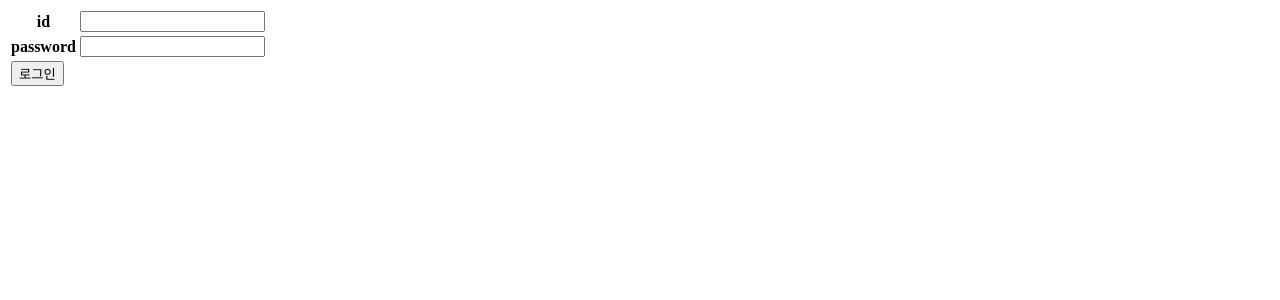
Repository: SimpleRan/jsp_paractice2
Page: http://localhost/JSPBasic/jspobject/cookie/cookie_login.jsp
The author's editor kept a copy of each file at every save. The page is drawn from the files as they stood at one save, then again after the next save.
The browser window is 1280 px wide. The pictures show the whole page.
The page is served by Tomcat 9.

Above is the page before, as saved 2022-03-28 12:01:07.

After the next save:
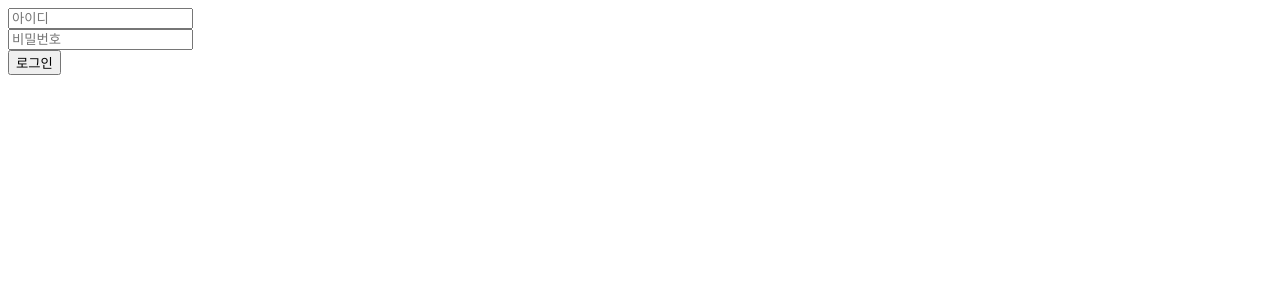
Saved 2 min 24 s later.
--- a/JSPBasic/src/main/webapp/jspobject/cookie/cookie_login.jsp
+++ b/JSPBasic/src/main/webapp/jspobject/cookie/cookie_login.jsp
@@ -1,6 +1,6 @@
 <%@ page language="java" contentType="text/html; charset=UTF-8"
     pageEncoding="UTF-8"%>
-<%  request.setCharacterEncoding("utf-8");  %>
+
 <!DOCTYPE html>
 <html>
 <head>
@@ -12,23 +12,10 @@
 	목적지 : cookie_login_check.jsp , 메서드 : post
 	name: id, name:pw 를 submit 버튼을 통해 전달합니다. --%>
 	<form action = "cookie_login_check.jsp" method="post">
-	 <table>
-	  <thead>
-	   <tr>
-	     <th>id</th>
-	     <th><input type="text" name="id"></th>
-	   </tr>
-	   	<tr>
-	     <th> password</th>
-	     <th><input type="password" name="pw"></th>
-	   </tr>
-	  </thead>
-	  <tbody>
-	    <tr>
-	     <td><input type="submit" value="로그인"></td>
-	    </tr>
-	  </tbody>
-  	 </table>
+	   <input type="text" name="id" placeholder="아이디"><br/>
+	   <input type="password" name="pw"placeholder="비밀번호"><br/>
+	    <input type="submit" value="로그인"></td>
+
 	</form>
 </body>
 </html>
